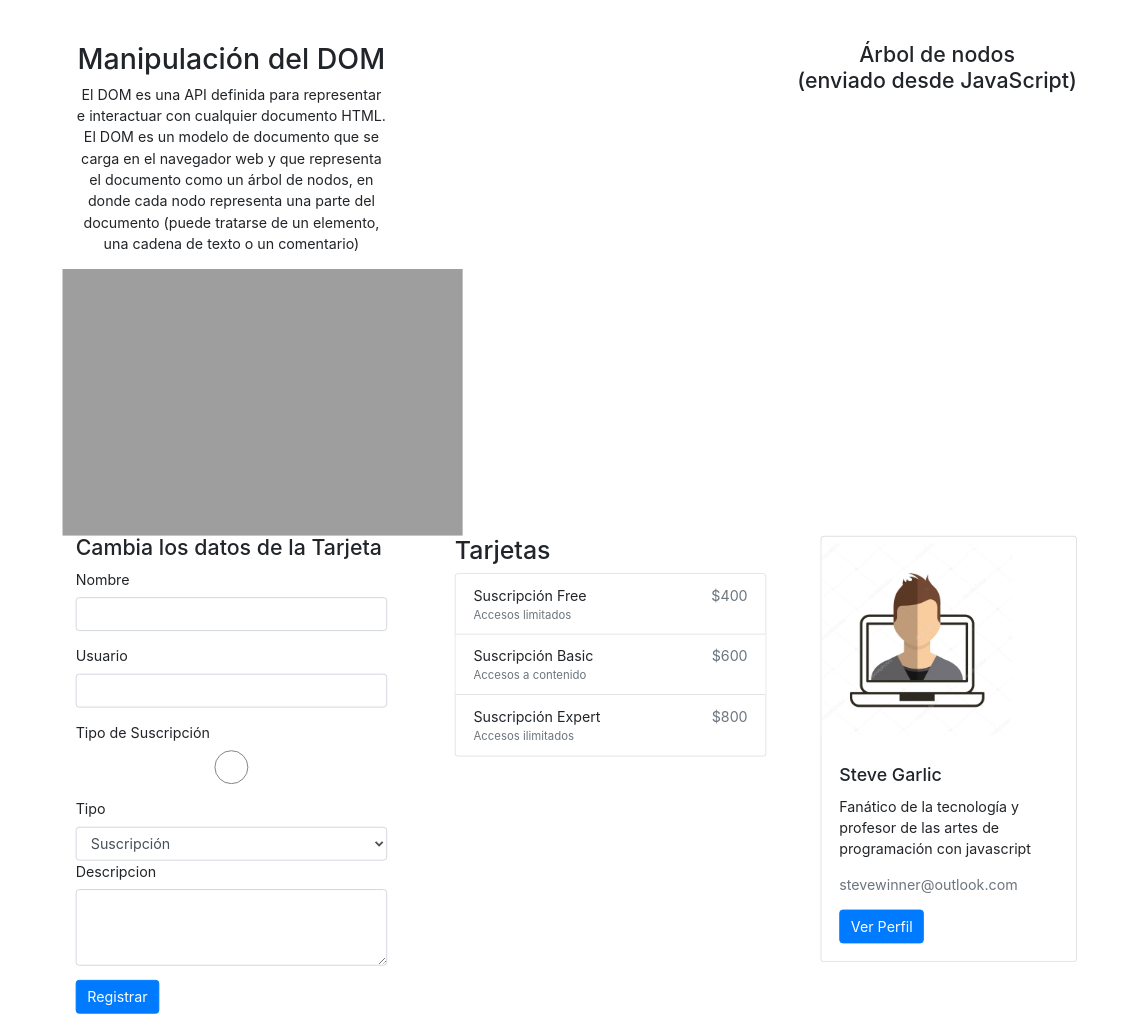
Repository: pedro-donoso/manipulacion-dom
Page: index.html
An editor plug-in stored every save of this project. The page is shown before and after the next save, followed by the edit.
The browser window is 1280 px wide. The pictures show the whole page, at 89% of full size.
Pictures or frames that could not be fetched are drawn as grey boxes.

Above is the page before, as saved 2024-02-06 14:22:25.

### index.html
<!doctype html>
<html lang="es">

<head>
    <!-- Required meta tags -->
    <meta charset="utf-8">
    <meta name="viewport" content="width=device-width, initial-scale=1, shrink-to-fit=no">

    <!-- Bootstrap CSS -->
    <link rel="stylesheet" href="https://cdn.jsdelivr.net/npm/bootstrap@4.3.1/dist/css/bootstrap.min.css"
        integrity="sha384-ggOyR0iXCbMQv3Xipma34MD+dH/1fQ784/j6cY/iJTQUOhcWr7x9JvoRxT2MZw1T" crossorigin="anonymous">

    <title>Manipulación del DOM</title>
</head>

<body>

    <main class="container">

        <!-- 1- AGREGO CLASE container PARA MANIPULAR ESTE PÁRRAFO -->
        <div class="row mt-5 text-center justify-content-between" id="contenedor">
            <div class="col-4 col-md-4">
                <h2>Manipulación del DOM</h2>
                <p class="text-center">
                    El DOM es una API definida para representar e interactuar con cualquier documento HTML.
                    El DOM es un modelo de documento que se carga en el navegador web y que representa el documento como un árbol de
                    nodos, en donde cada nodo representa una parte del documento (puede tratarse de un elemento, una
                    cadena de texto o un comentario)
                </p>
            </div>
        </div>
        <div class="row justify-content-between">
            <div class="col-4 col-md-4">
                <h4>Cambia los datos de la Tarjeta</h4>
                <!-- 15- AGREGO id PARA ESCUCHAR EVENTO CLICK -->
                <form id="formulario">
                    <!-- 21- AGREGO ID DE CADA CAMPO -->
                    <label>Nombre</label>
                    <input type="text" class="form-control mb-3" id="nombre">
                    <label>Usuario</label>
                    <input type="text" class="form-control mb-3" id="usuario">
                    <label>Tipo de Suscripción</label>

                    <input type="radio" class="form-control mb-3" id="suscripcion">



                        <label>Tipo</label>
                        <select id="tipo" class="form-control">
                            <option value="Suscripcion">Suscripción</option>
                            <option value="Compra">Compra</option>
                        </select>



                    <label>Descripcion</label>
                    <textarea rows="3" class="form-control mb-3" id="descripcion"></textarea>
                    <div>
                        <button class="btn btn-primary mb-3">Registrar</button>
                    </div>
                </form>
            </div>
            <div class="col-4 col-md-4">
                <h3>Tarjetas</h3>
                <div class="card">
                    <ul class="list-group list-group-flush">
                        <li class="list-group-item d-flex justify-content-between">
                            <div class="d-flex flex-column">
                                <span>Suscripción Free</span>
                                <small class="text-muted">Accesos limitados</small>
                            </div>
                            <div>
                                <span class="text-muted">$400</span>
                            </div>
                        </li>
                        <li class="list-group-item d-flex justify-content-between">
                            <div class="d-flex flex-column">
                                <span>Suscripción Basic</span>
                                <small class="text-muted">Accesos a contenido</small>
                            </div>
                            <div>
                                <span class="text-muted">$600</span>
                            </div>
                        </li>
                        <li class="list-group-item d-flex justify-content-between">
                            <div class="d-flex flex-column">
                                <span>Suscripción Expert</span>
                                <small class="text-muted">Accesos ilimitados</small>
                            </div>
                            <div>
                                <span class="text-muted">$800</span>
                            </div>
                        </li>
                    </ul>
                </div>
            </div>

            <!-- 8- AGREGO CARD -->
        <!-- 13- AGREGO ID PARA CAPTURAR CONTENEDOR -->
        <div class="row" id="contenedor_tarjeta">

        </div>

        </div>

    </main>

    <!-- Optional JavaScript -->
    <!-- jQuery first, then Popper.js, then Bootstrap JS -->
    <script src="https://code.jquery.com/jquery-3.3.1.slim.min.js"
        integrity="sha384-q8i/X+965DzO0rT7abK41JStQIAqVgRVzpbzo5smXKp4YfRvH+8abtTE1Pi6jizo"
        crossorigin="anonymous"></script>
    <script src="https://cdn.jsdelivr.net/npm/popper.js@1.14.7/dist/umd/popper.min.js"
        integrity="sha384-UO2eT0CpHqdSJQ6hJty5KVphtPhzWj9WO1clHTMGa3JDZwrnQq4sF86dIHNDz0W1"
        crossorigin="anonymous"></script>
    <script src="https://cdn.jsdelivr.net/npm/bootstrap@4.3.1/dist/js/bootstrap.min.js"
        integrity="sha384-JjSmVgyd0p3pXB1rRibZUAYoIIy6OrQ6VrjIEaFf/nJGzIxFDsf4x0xIM+B07jRM"
        crossorigin="anonymous"></script>

    <script src="./app.js"></script>
</body>

</html>

### app.js
// 2- CREO VARIABLE PARA MANIPULAR HTML
let contenedor = document.querySelector("#contenedor");

// 3- CREAR ELEMENTO SUBTITULO Y LE AGREGO PROPIEDADES
let subtitulo = document.createElement("h4");
subtitulo.innerText = "Árbol de nodos \n (enviado desde JavaScript)";

// 4- OBTENER EL CUERPO DEL DOCUMENTO
let body = document.body;

// 5- AGREGAR EL NUEVO ELEMENTO AL CUERPO DEL DOCUMENTO
body.appendChild(subtitulo);

// 6- AGREGO IMAGEN
let imagen = document.createElement("img");
imagen.src =
  "https://www.freecodecamp.org/news/content/images/2021/09/Document.jpg";
imagen.width = "450";
imagen.height = "300";
imagen.alt = "árbol de nodos";

// 7- AGREGO ELEMENTOS AL CONTENEDOR
contenedor.append(subtitulo, imagen);

// 13- AGREGO CONSTRUCTOR
const autor = {
  nombre: "Steve Garlic",
  usuario: "",
  email: "stevewinner@outlook.com",
  descripcion:
    "Fanático de la tecnología y profesor de las artes de programación con javascript",
  imagen: "./img/icono.jpg"
};

// 19- Agrego const crearTarjeta y agrego todas las funciones del código
const crearTarjeta = () => {
  // 25- CREO DOCUMENTO VACIO
  document.querySelector("#contenedor_tarjeta").innerHTML = "";

  // 9- CREO ESTRUCTURA DEL CODIGO
  let columnaTarjeta = document.createElement("div");
  columnaTarjeta.className = "col";

  // 10- CREO TEMPLATE STRING DEL CONTENIDO DE LA TARJETA AUTOR
  // 14- AGREGO DATOS DEL CONSTRUCTOR (13)
  // 17- CREO EVENTO onclick
  // 19- LLAMAR A eventoClick CON event
  let tarjetaAutor = ` <div class="card" style="width: 18rem;">
        <img class="card-img-top pt-2 w-75" src="${autor.imagen}" alt="Card image cap">
        <div class="card-body">
        <h4 class="card-title">${autor.usuario}</h4>
            <h5 class="card-title">${autor.nombre}</h5>
            <p class="card-text">${autor.descripcion}</p>
            <p class="text-muted">${autor.email}</p>
            <button class="btn btn-primary" onclick="eventoClick(event)">Ver Perfil</button>
        </div>
    </div>`;

  // 11- AGREGO TEMPLATE STRING A columnaTarjeta (HIJO)
  columnaTarjeta.innerHTML = tarjetaAutor;

  // 12- AGREGO columnaTarjeta AL CONTENEDOR (PADRE) MEDIANTE LA SELECCIÓN DEL ID #contenedor_tarjeta
  document.querySelector("#contenedor_tarjeta").append(columnaTarjeta);
};

// 16- Creo constante modificarAutor para agregarla al form en index.html, la función recibirá un evento
  const modificarAutor= (event) => {
    console.log(event);
    event.preventDefault();

    // 22- CAPTURO CAMPOS DEL FORMULARIO
    let nombre = document.querySelector("#nombre").value;
    let usuario = document.querySelector("#usuario").value;
    let email = document.querySelector("#email").value;
     let descripcion = document.querySelector("#descripcion").value;

    // 23- LLAMO A LA CONSTANTE AUTOR
    autor.nombre = nombre;
    autor.usuario = usuario;
    autor.email = email;
    autor.descripcion = descripcion;

    // 24- SE VUELVE A CREAR LA TARJETA CON LOS NUEVOS DATOS
    crearTarjeta();
  };


// 18- CAPTURO EVENTO CLIC DEL BOTON EN EL form MEDIANTE EL ID formulario
document.getElementById("formulario").addEventListener("submit",modificarAutor);

// 20- LLAMO A LA FUNCIÓN
crearTarjeta();

After the next save:
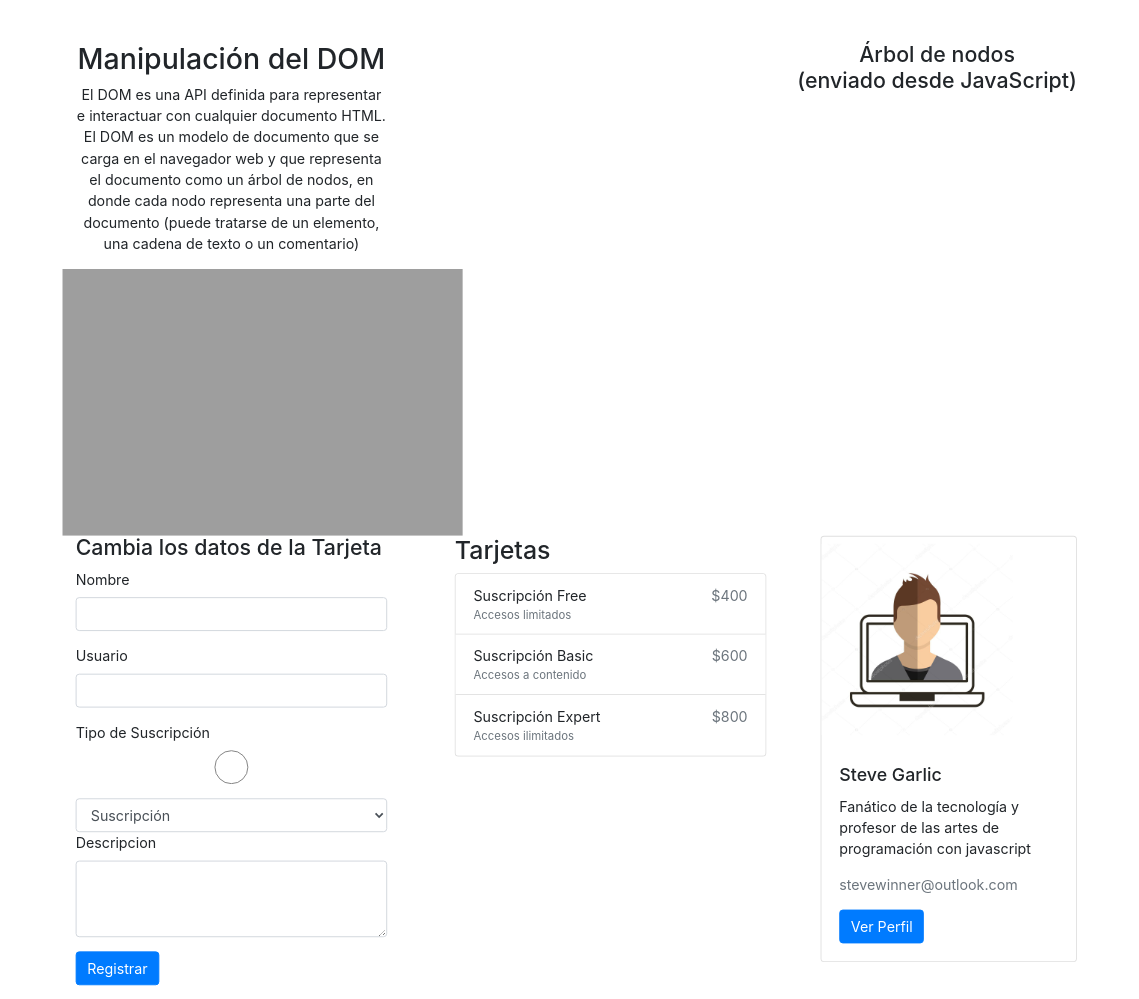
Saved 8 s later.
--- a/index.html
+++ b/index.html
@@ -45,7 +45,7 @@
 
 
 
-                        <label>Tipo</label>
+
                         <select id="tipo" class="form-control">
                             <option value="Suscripcion">Suscripción</option>
                             <option value="Compra">Compra</option>
